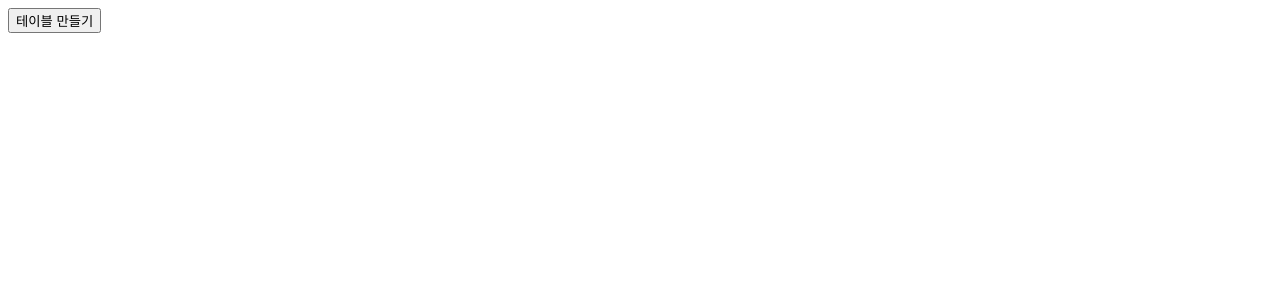
Repository: kuma2458/jsp
Page: http://localhost/step01/04_table_generator.jsp
These files come from the project's save history. The page is drawn as it stood at one moment and after the next save; the edit follows.
The browser window is 1280 px wide. The pictures show the whole page.
The page is served by Tomcat 9.

Above is the page before, as saved 2023-12-21 02:28:04.

After the next save:
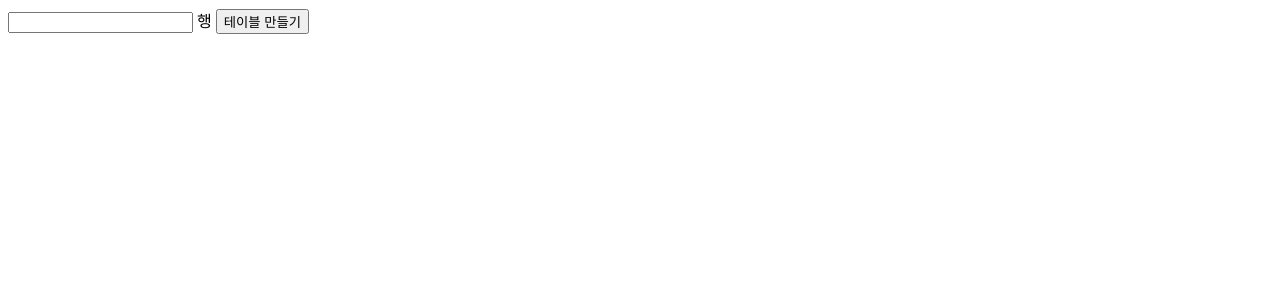
Saved 34 s later.
--- a/step01/src/main/webapp/04_table_generator.jsp
+++ b/step01/src/main/webapp/04_table_generator.jsp
@@ -8,7 +8,8 @@
 </head>
 <body>
 	<form action="" method="post">
-
+	<input type="number" name="row">
+	<label for="row">행</label>
 	<button>테이블 만들기</button>
 	</form>
 </body>
